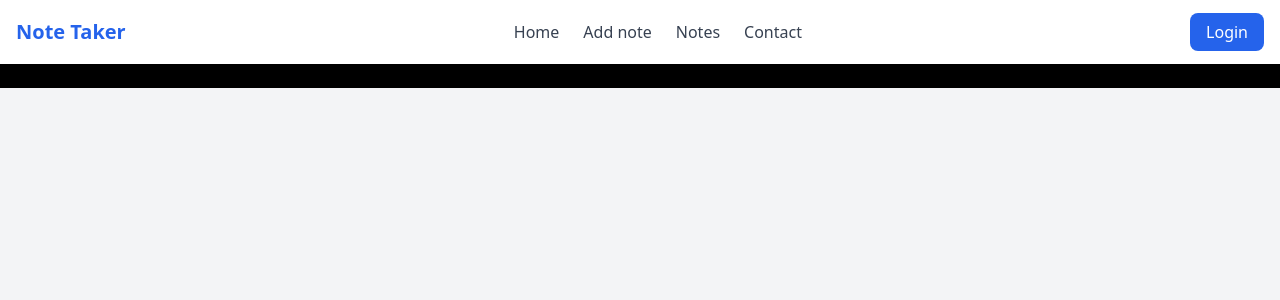
Repository: tauseefthedeveloper/NoteTaker
Page: http://localhost/NoteTaker/
The author's editor kept a copy of each file at every save. The page is drawn from the files as they stood at one save, then again after the next save.
The browser window is 1280 px wide. The pictures show the whole page.
Some web libraries are served in a nearby version. The page is served by Tomcat 9.

Above is the page before, as saved 2025-08-27 10:58:28.

After the next save:
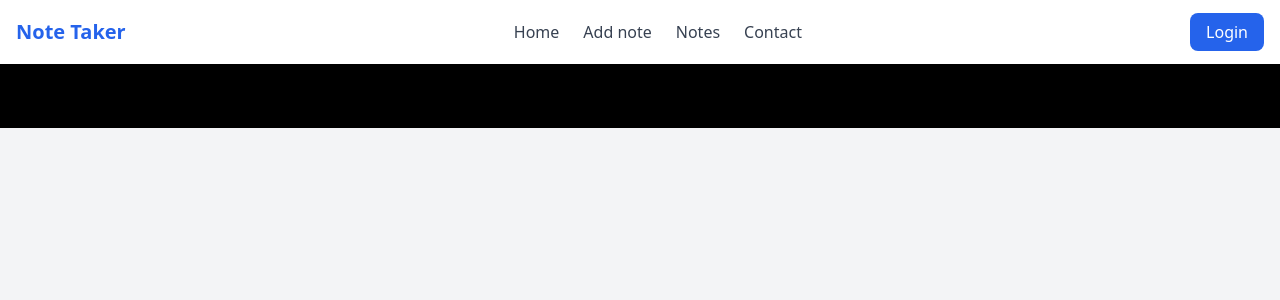
Saved 17 s later.
--- a/NoteTaker/src/main/webapp/CSS/style.css
+++ b/NoteTaker/src/main/webapp/CSS/style.css
@@ -5,4 +5,5 @@ body{
 }
 div h1{
 	background-color:black;
+	padding:20px 20px;
 }
